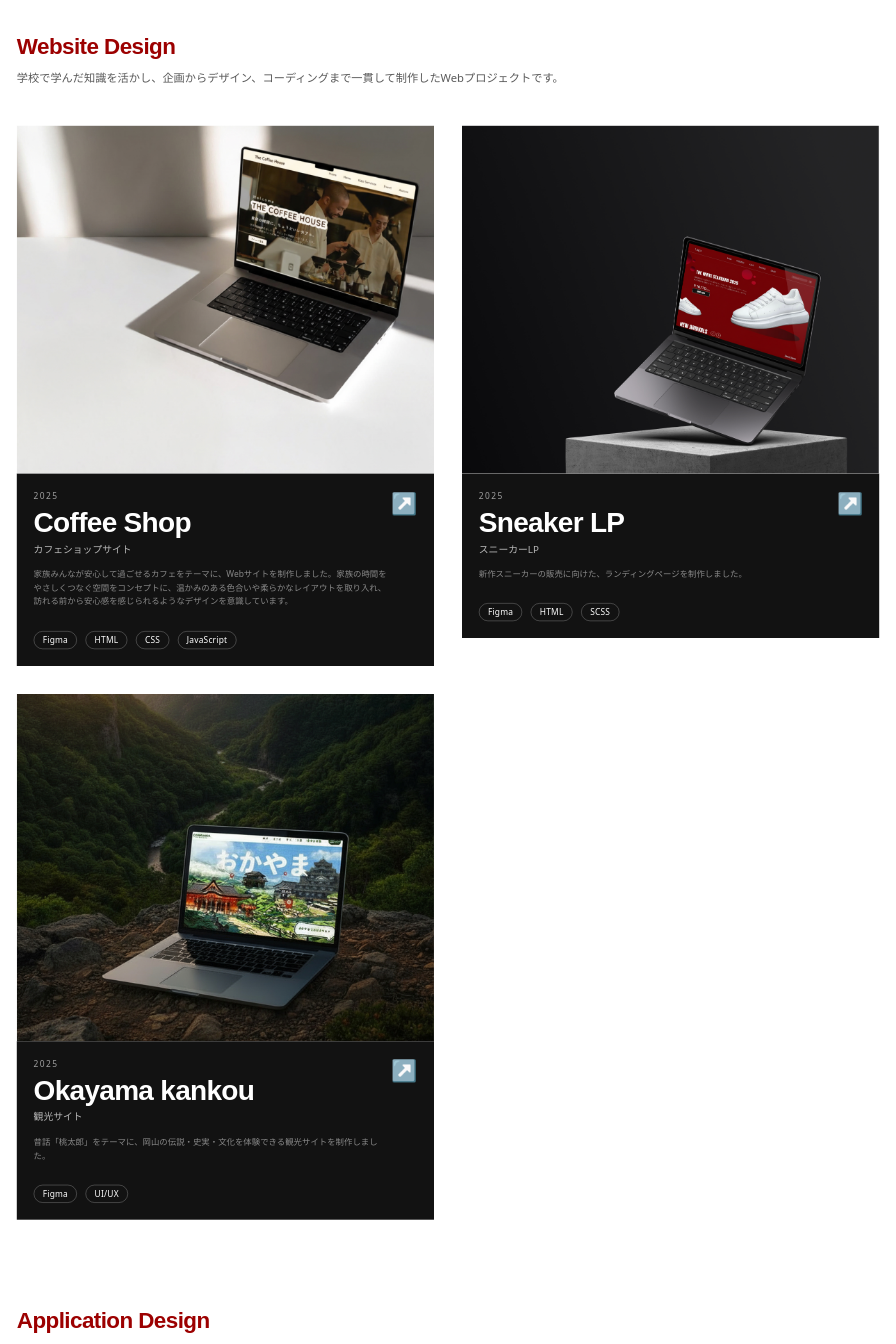
Repository: meme2603/Portfolio-HaMy
Page: / (app in my-portfolio/)
The author's editor kept a copy of each file at every save. The page is drawn from the files as they stood at one save, then again after the next save.
The browser window is 1280 px wide. The pictures show the part of the page from y = 1819 to 3739 px (the page is 6249 px tall), at 70% of full size.
Some web fonts or font styles are not loaded; a fallback is used. The project was rebuilt for these pictures with package versions that can differ from the ones it lists, and the page was loaded fresh each time. Also part of the build but not shown: my-portfolio/vite.config.js, my-portfolio/src/pages/ProjectDetail.jsx.

Above is the page before, as saved 2026-06-10 14:53:19.

### my-portfolio/index.html
<!doctype html>
<html lang="ja">
  <head>
    <meta charset="UTF-8" />

    <link rel="icon" type="image/png" href="/memex2.png" />
    <meta name="viewport" content="width=device-width, initial-scale=1.0" />
    <title>My Portfolio</title>
    <link
      rel="stylesheet"
      href="https://fonts.googleapis.com/css2?family=Material+Symbols+Outlined:opsz,wght,FILL,GRAD@24,250,0,0"
    />
    <link rel="preconnect" href="https://fonts.googleapis.com" />
    <link rel="preconnect" href="https://fonts.gstatic.com" crossorigin />
    <link
      href="https://fonts.googleapis.com/css2?family=Akshar:wght@300..700&family=Poppins:wght@300;400;600;700&display=swap"
      rel="stylesheet"
    />
  </head>
  <body>
    <div id="root"></div>

    <script type="module" src="/src/main.jsx"></script>
  </body>
</html>

### my-portfolio/src/main.jsx
import React from "react";
import ReactDOM from "react-dom/client";
import App from "./App";
import "./index.css";

ReactDOM.createRoot(document.getElementById("root")).render(
  <React.StrictMode>
    <App />
  </React.StrictMode>,
);

### my-portfolio/src/App.jsx
// import React from "react";
import { BrowserRouter as Router, Routes, Route } from "react-router-dom";

import Header from "./components/Header";
import Hero from "./components/Hero";
import About from "./components/About";
import Projects from "./components/Projects";
import Skills from "./components/Skills";
import Contact from "./components/Contact";
import ProjectDetail from "./pages/ProjectDetail";
function Home() {
  return (
    <>
      <Hero />
      <About />
      <Projects />
      <Skills />
      <Contact />
    </>
  );
}

function App() {
  return (
    <Router>
      <div className="App">
        <Header />

        {/* Routes điều hướng: Ở trang nào thì lôi component đó ra */}
        <Routes>
          {/* Khi ở đường dẫn mặc định "/", hiển thị toàn bộ trang chủ */}
          <Route path="/" element={<Home />} />

          {/* Khi click vào project, nhảy sang trang chi tiết tạm thời này */}
          <Route path="/project/:id" element={<ProjectDetail />} />
        </Routes>
      </div>
    </Router>
  );
}

export default App;

### my-portfolio/src/index.css
@import "tailwindcss";
@theme {
  --color-primary: #9c0000;
  --color-background: #fff;
  --color-font: #121212;

  --opacity-overlay: 0.65;
  --opacity-glass: 0.1;

  --font-poppins: "Poppins", sans-serif;
  --font-akshar: "Akshar", sans-serif;
}
html {
  scroll-behavior: smooth;
}

### my-portfolio/src/components/About.jsx
import aboutImg from "../assets/about.jpg";
function About() {
  return (
    <section
      id="about"
      className="relative w-full h-auto py-24 bg-background overflow-hidden mt-16"
    >
      <div className="max-w-7xl mx-auto px-6 md:px-10">
        {/* TITLE */}
        <div className="mb-16">
          <h1 className="text-5xl md:text-6xl lg:text-7xl font-bold font-akshar text-font leading-none">
            ABOUT ME
          </h1>

          <div className="w-[80px] md:w-[100px] lg:w-[120px] lg:h-[6px] md:h-[5px] h-[4px] bg-primary mt-1"></div>
        </div>

        {/* CONTENT */}
        <div className="flex flex-col lg:flex-row items-center lg:items-start gap-16">
          {/* LEFT */}
          <div className="w-full lg:w-[380px] shrink-0">
            <div className="bg-white rounded-2xl shadow-md p-5">
              <img
                src={aboutImg}
                alt="About Me"
                className="w-full  h-[300px] object-cover rounded-xl"
              />

              <div className="mt-5">
                <h2 className="text-3xl font-akshar font-bold tracking-wide text-font">
                  NGUYEN THI HA MY
                </h2>

                <p className="text-font/70 text-lg mt-1">2001.03.30</p>
              </div>

              <div className="flex gap-3 mt-6">
                <span className="border border-font rounded-full px-4 py-2 text-sm">
                  UI/UX Designer
                </span>

                <span className="border border-font rounded-full px-4 py-2 text-sm">
                  Design Engineer
                </span>
              </div>
            </div>
          </div>

          {/* RIGHT */}
          <div className="flex-1 max-w-[760px]">
            <h2 className="text-2xl md:text-3xl font-semibold font-akshar text-primary tracking-[4px] mb-8">
              PROFILE!!
            </h2>

            <div className="space-y-6 text-font leading-[2.2] text-sm md:text-base lg:text-lg">
              <p>
                ベトナム出身の
                <span className="font-semibold">
                  グエン ティ ハ ミー（ NGUYEN THI HA MY）
                </span>
                です。
              </p>

              <p>
                現在は専門学校で、
                <span className="font-semibold">デザインやコーディング </span>
                について学びながらWeb制作やフロントエンド技術の基礎を学んでおります。
              </p>

              <p>
                2021年に来日し、最初の1年間は日本語学校で日本語を学びました。
                <br />
                その後、ビジネス専門学校に進学し、日本の文化やビジネスマナー、コミュニケーション力を身につけてまいりました。
                その中で、コンピュータの授業を通して、Webデザインという職業があることを初めて知り、興味を持つようになりました。
              </p>

              <p>
                留学生として日本とベトナム両方の文化に触れてきた経験を活かし、将来はユーザーの多様な視点やニーズを理解し、最適な体験をデザインする
                <span className="font-semibold text-primary text-xl">
                  UI/UXデザイナー
                </span>
                を目指しております。
              </p>
            </div>
          </div>
        </div>
      </div>
    </section>
  );
}
export default About;

### my-portfolio/src/components/Projects.jsx
import ProjectSection from "./ProjectSection";
import { websiteProjects, appProjects } from "../data/ProjectsData";

function Projects() {
  return (
    <section id="projects" className="pt-20 bg-background">
      <div className="max-w-7xl mx-auto px-6">
        <h1 className="text-5xl md:text-6xl lg:text-7xl font-akshar font-bold text-font">
          PROJECTS
        </h1>
        <div className="w-[80px] md:w-[100px] lg:w-[120px] lg:h-[6px] md:h-[5px] h-[4px] bg-primary mt-1 mb-20"></div>
        <ProjectSection
          title="Website Design"
          description="学校で学んだ知識を活かし、企画からデザイン、コーディングまで一貫して制作したWebプロジェクトです。"
          projects={websiteProjects}
        />
        <ProjectSection
          title="Application Design"
          description="チームプロジェクトとして、企画からUI/UX設計までチームで共同制作したモバイルアプリです。"
          projects={appProjects}
        />
      </div>
    </section>
  );
}

export default Projects;

### my-portfolio/src/components/Skills.jsx
import { skillData } from "../data/ProjectsData";

function Skill() {
  return (
    <section className="w-full pt-20 pb-16">
      <div className="max-w-7xl mx-auto px-6 pb-10">
        <h2 className="text-5xl md:text-6xl lg:text-7xl font-bold font-akshar text-font leading-none">
          SKILL
        </h2>

        <div className="w-[80px] md:w-[100px] lg:w-[120px] lg:h-[6px] md:h-[5px] h-[4px] bg-primary mt-1"></div>
      </div>

      <div className="max-w-7xl mx-auto px-16 space-y-16">
        {skillData.map((group, index) => (
          <div key={index}>
            <h3 className="text-base font-medium text-font/50 mb-6 tracking-wide italic">
              {group.category}
            </h3>

            <ul className="space-y-4 pl-4">
              {group.skills.map((skill, sIndex) => (
                <li key={sIndex} className="list-disc text-font/90 text-lg">
                  <span className="font-bold text-font">{skill.name}</span>
                  <span className="text-font/80 font-light">
                    : {skill.status} {skill.desc}
                  </span>
                </li>
              ))}
            </ul>
          </div>
        ))}
      </div>
    </section>
  );
}

export default Skill;

### my-portfolio/src/components/ProjectSection.jsx
import ProjectCard from "./ProjectCard";

function ProjectSection({ title, description, projects }) {
  return (
    <section className="mb-32">
      <h2
        className="
          text-[32px]
          leading-none
          font-bold
          font-akshar
          tracking-tight
          text-primary
        "
      >
        {title}
      </h2>

      <p
        className="
          mt-4
          text-font/70
          leading-relaxed
        "
      >
        {description}
      </p>

      <div className="grid grid-cols-1 md:grid-cols-2 gap-10 mt-14">
        {projects.slice(0, 4).map((project, index) => (
          <ProjectCard
            id={project.id}
            key={index}
            year={project.year}
            title={project.title}
            titleJP={project.titleJP}
            description={project.desc}
            tags={project.tags}
            image={project.img}
          />
        ))}
      </div>
    </section>
  );
}

export default ProjectSection;

### my-portfolio/src/data/ProjectsData.js
// projectsData.js
// 1. Import ảnh ở đầu file để JS hiểu đường dẫn
import portfoliothumb from "../assets/portfoliothumb.jpg";
import coffeethumb from "../assets/coffeethumb.jpg";
import sneakerthumb from "../assets/sneakerthumb.jpg";
import okayamathumb from "../assets/okayamathumb.jpg";
import nemurathumb from "../assets/nemurathumb.jpg";
import easycookthumb from "../assets/easycookthumb.jpg";
import coffeemockupHero from "../assets/coffeemockupHero.jpg";
import coffeemockupIntro from "../assets/coffeemockupIntro.png";
import coffeemockupConcept from "../assets/coffeemockupConcept.jpg";
import coffeemockupPC from "../assets/coffeemockupPc.jpg";
import coffeemockupMobile from "../assets/coffeemockupMobile.jpg";
import sneakermockupHero from "../assets/sneakermockupHero.jpg";
import sneakermockupIntro from "../assets/sneakermockupIntro.png";
import sneakermockupConcept from "../assets/sneakermockupConcept.jpg";
import okayamamockupHero from "../assets/okayamamockupHero.jpg";
import okayamamockupIntro from "../assets/okayamamockupIntro.png";
import okayamamockupConcept from "../assets/okayamamockupConcept.jpg";
import okayamamockupPC from "../assets/okayamamockupPC.jpg";
import okayamamockupMobile from "../assets/okayamamockupMobile.jpg";
import nemuramockupHero from "../assets/nemuramockupHero.jpg";
import nemuramockupMobile from "../assets/nemuramockupMobile.jpg";
import easycookmockupHero from "../assets/easycookmockupHero.jpg";
import easycookmockupMobile from "../assets/easycookmockupMobile.jpg";
import portfoliomockupHero from "../assets/portfoliomockupHero.jpg";
import portfoliomockupConcept from "../assets/portfoliomockupConcept.jpg";

export const websiteProjects = [
  {
    id: "coffee-shop",
    year: "2025",
    title: "Coffee Shop",
    name: "THE COFFEE HOUSE",
    titleJP: "カフェショップサイト",
    desc: "家族みんなが安心して過ごせるカフェをテーマに、Webサイトを制作しました。家族の時間をやさしくつなぐ空間をコンセプトに、温かみのある色合いや柔らかなレイアウトを取り入れ、訪れる前から安心感を感じられるようなデザインを意識しています。",
    tags: ["Figma", "HTML", "CSS", "JavaScript"],
    img: coffeethumb,

    // page detail
    mockupHero: coffeemockupHero,
    mockupIntro: coffeemockupIntro,
    mockupConcept: coffeemockupConcept,
    mockupPC: coffeemockupPC,
    mockupMobile: coffeemockupMobile,

    target: "子供連れの20代〜40代のファミリー層",
    objective: "店舗の温かみのある雰囲気をWEB上で表現し...",
    problem: "既存のカフェサイトはスタイリッシュすぎて...",
    designConcept: "温かみのあるベージュ（#FAF7F2）と...",
    ia: "ユーザーが最も知りたい『メニュー』...",
    scope: "UI/UX Designer / Frontend Developer",
    period: "企画・WF：3日\nデザイン：5日",
    tools: "Figma / HTML / CSS / JavaScript",
    URL: "https://coffeeshop.example.com",
  },

  {
    id: "sneaker-lp",
    year: "2025",
    title: "Sneaker LP",
    name: "SNEAKER RUNNER", // 👈 FIX 1: Bổ sung name cho sneaker
    titleJP: "スニーカーLP",
    desc: "新作スニーカーの販売に向けた、ランディングページを制作しました。",
    tags: ["Figma", "HTML", "SCSS"],
    img: sneakerthumb,

    // page detail
    mockupHero: sneakermockupHero,
    mockupIntro: sneakermockupIntro,
    mockupConcept: sneakermockupConcept,

    target: "10代〜30代のスニーカーコレクター・ストリートファッション好き",
    objective:
      "新作スニーカーの魅力をダイナミックに伝え、購買意欲を刺激する...",
    problem:
      "従来の商品LPは情報量が多く、製品のスタイリッシュさが埋もれがち...",
    designConcept: "ダイナミックなタイポグラフィとコントラストの強い配色...",
    ia: "Hero / Concept / Features / Gallery / Buy Now",
    scope: "UI/UX Design / Coding",
    period: "1週間",
    tools: "Figma / HTML / SCSS / JavaScript",
    URL: "https://sneakerlp.example.com",
  },
  {
    id: "okayama-kankou",
    year: "2025",
    title: "Okayama kankou",
    name: "MOMOTARO LEGEND", // 👈 FIX 1: Bổ sung name cho okayama
    titleJP: "観光サイト",
    desc: "昔話「桃太郎」をテーマに、岡山の伝説・史実・文化を体験できる観光サイトを制作しました。",
    tags: ["Figma", "UI/UX"],
    img: okayamathumb,

    // page detail
    mockupHero: okayamamockupHero,
    mockupIntro: okayamamockupIntro,
    mockupConcept: okayamamockupConcept,
    mockupPC: okayamamockupPC,
    mockupMobile: okayamamockupMobile,

    target: "歴史や文化に興味がある国内の旅行者・ファミリー層",
    objective: "岡山の伝統的な魅力と桃太郎の史実を新しい切り口で伝える...",
    problem:
      "一般的な観光パンフレット的な情報ばかりで、現地のストーリー性が伝わりにくい...",
    designConcept: "和モダンを意識した、落ち着きのあるテクスチャと色彩設計...",
    ia: "トップ / 伝説の背景 / おすすめスポット / アクセス",
    scope: "UI/UX Design / Information Architecture",
    period: "企画・WF：3日\nデザイン：5日",
    tools: "Figma / Illustrator",
    URL: "https://okayama.example.com",
  },
];

export const portfolioProjects = [
  {
    id: "portfolio",
    year: "2026",
    title: "Portfolio.",
    name: "MINI PORTFOLIO", // 👈 FIX 1: Bổ sung name cho portfolio khum bị trống
    titleJP: "ポートフォリオ",
    desc: "就職活動のために制作したポートフォリオサイトです。",
    tags: ["Figma", "React", "Tailwind"],
    img: portfoliothumb,

    // page detail
    mockupHero: portfoliomockupHero,
    mockupConcept: portfoliomockupConcept,

    client: "自主制作（就職活動用）",
    target: "Web制作会社・デザイン企業の採用担当者様",
    objective: "自身のスキル thấu đáo và tư duy thiết kế rõ ràng...",
    problem: "作品単体を見せるだけでは制作の背景や意図が伝わりにくい...",
    designConcept:
      "シンプルかつ視認性の高いダークモードとライトモードの融合...",
    ia: "Home / Project Detail / About / Contact",
    scope: "UI/UX Design / Front-end Development (React)",
    period: "デザイン：3日\nコンディング：5日",
    tools: "Figma / React / Tailwind CSS / Vite",
    URL: "https://portfolio.example.com",
  },
];

export const appProjects = [
  {
    id: "easy-cook",
    year: "2025",
    title: "EASY COOK APP",
    name: "EASY COOK", // 👈 FIX 1: Bổ sung name cho easy cook
    titleJP: "お弁当を提案するアプリ",
    desc: "家にある食材を活用し、親子で楽しくお弁当作りができるアプリです。",
    tags: ["React Native", "Firebase"],
    img: easycookthumb,

    // page detail
    mockupHero: easycookmockupHero,
    mockupMobile: easycookmockupMobile,

    client: "自主制作（モバイルアプリケーション設計）",
    target: "毎日の子供のお弁当作りに悩む、忙しい共働きの親御さん",
    objective:
      "冷蔵庫の残り物で手軽に作れるレシピを提案し、お弁当作りの負担を軽減する...",
    problem: "献立を考える時間が足りず、いつも同じメニューになってしまう...",
    designConcept:
      "親しみやすさと使いやすさを両立した、暖色系主体のUIデザイン...",
    ia: "ホーム / レシピ検索 / お気に入り / 親子モード",
    scope: "UI/UX Design / Mobile Prototype",
    period: "約1.5ヶ月（チーム制作）",
    tools: "Figma / React Native (UI Prototyping)",
    URL: "",
  },
  {
    id: "nemura-app",
    year: "2025-2026",
    title: "Nemura APP",
    name: "NEMURA AI NEWS", // 👈 FIX 1: Bổ sung name cho nemura
    titleJP: "一日寝落ち系AIニュースキュレーションアプリです。",
    desc: "本作は、SNSやニュースの情報をAIで要約し、 マスコットキャラクター「ねむら」が読み聞かせる形式で提供する。夜の短い時間で必要な内容だけを無理なく確認できるよう設計しました。",
    tags: ["React Native", "Firebase"],
    img: nemurathumb,

    // page detail
    mockupHero: nemuramockupHero,
    mockupMobile: nemuramockupMobile,

    client: "チーム制作（ECC EXPO 2026 一次審査通過作品）",
    target:
      "夜寝る前にスマホを見すぎて睡眠不足になりがちな現代のビジネスパーソン・学生",
    objective:
      "画面を見ずに耳だけで今日の重要ニュースを効率よく消化できる体験...",
    problem:
      "夜のスマホ画面のブルーライトが睡眠の質を下げ、不要な情報まで追ってしまう...",
    designConcept:
      "睡眠を妨げない、深い夜をイメージしたダークブルーとパープルの世界観...",
    ia: "音声再生画面 / ニュースカテゴリ選択 / キャラクター設定",
    scope: "UI/UX Design (Lead) / Brand Identity",
    period: "約1.5ヶ月（チーム制作）",
    tools: "Figma / Illustrator / After Effects",
    URL: "",
  },
];

// skillsData.js (Giữ nguyên phần skill ở dưới của bà)
export const skillData = [
  {
    category: "Design tool",
    skills: [
      {
        name: "Figma",
        desc: "Figmaを活用したUIデザインやデザインシステム設計を得意としています。",
      },
      {
        name: "UI/UX",
        desc: "情報設計やユーザビリティを意識したUIデザイン制作を得意としています。",
      },
    ],
  },
  {
    category: "Development",
    skills: [
      {
        name: "HTML/CSS/Tailwind",
        desc: "レスポンシブ対応やUI実装を中心に、使いやすいWebサイト制作に取り組んでいます。",
      },
      {
        name: "JavaScript/React",
        desc: "コンポーネントベースの開発や、状態管理、、動きのあるUI表現について学習しています。",
      },
    ],
  },
];

### my-portfolio/src/components/ProjectCard.jsx
import { Link } from "react-router-dom";

// ProjectCard = component dùng để hiển thị 1 project card
function ProjectCard({ id, year, title, titleJP, description, tags, image }) {
  return (
    <Link to={`/project/${id}`} className="block group">
      <div className="group cursor-pointer ">
        <div className="overflow-hidden bg-font">
          <img
            src={image}
            alt={title}
            className="
            w-full
            object-cover
            transition-all
            duration-500
            group-hover:scale-105
            group-hover:opacity-90
          "
          />
        </div>

        {/* INFO */}
        <div className="bg-font text-background px-6 py-6 ">
          <div className="flex items-start justify-between">
            <div>
              {/* ĐIỀN NĂM VÀO ĐÂY */}
              <p className="text-[12px] tracking-[2px] text-background/60 ">
                {year}
              </p>

              {/* ĐIỀN TIÊU ĐỀ VÀO ĐÂY */}
              <h3
                className="
                text-[40px]
                leading-none
                font-bold
                font-akshar
                tracking-tight
                mt-2
              "
              >
                {title}
              </h3>

              {/* ĐIỀN TIẾNG NHẬT VÀO ĐÂY */}
              <p className="text-sm text-background/70 mt-2">{titleJP}</p>

              {/* ĐIỀN MÔ TẢ VÀO ĐÂY */}
              <p className="text-xs text-background/50 leading-relaxed mt-4">
                {description}
              </p>
            </div>

            <div
              className="
              text-3xl
              transition-transform
              duration-300
              group-hover:translate-x-1
              group-hover:-translate-y-1
            "
            >
              ↗
            </div>
          </div>

          {/* BOTTOM - CHỖ NÀY ĐỂ HIỆN TAGS TỰ ĐỘNG NÈ */}
          <div className="mt-8 flex items-center gap-3 flex-wrap">
            {tags &&
              tags.map((tag, index) => (
                <span
                  key={index}
                  className="
                border
                border-background/30
                rounded-full
                px-3
                py-1
                text-xs
                tracking-wide
              "
                >
                  {tag}
                </span>
              ))}
          </div>
        </div>
      </div>
    </Link>
  );
}

export default ProjectCard;

Loaded but not shown: my-portfolio/src/components/Hero.jsx (128 lines, source omitted); my-portfolio/src/components/Contact.jsx (140 lines, source omitted); my-portfolio/src/components/Header.jsx (102 lines, source omitted)

After the next save:
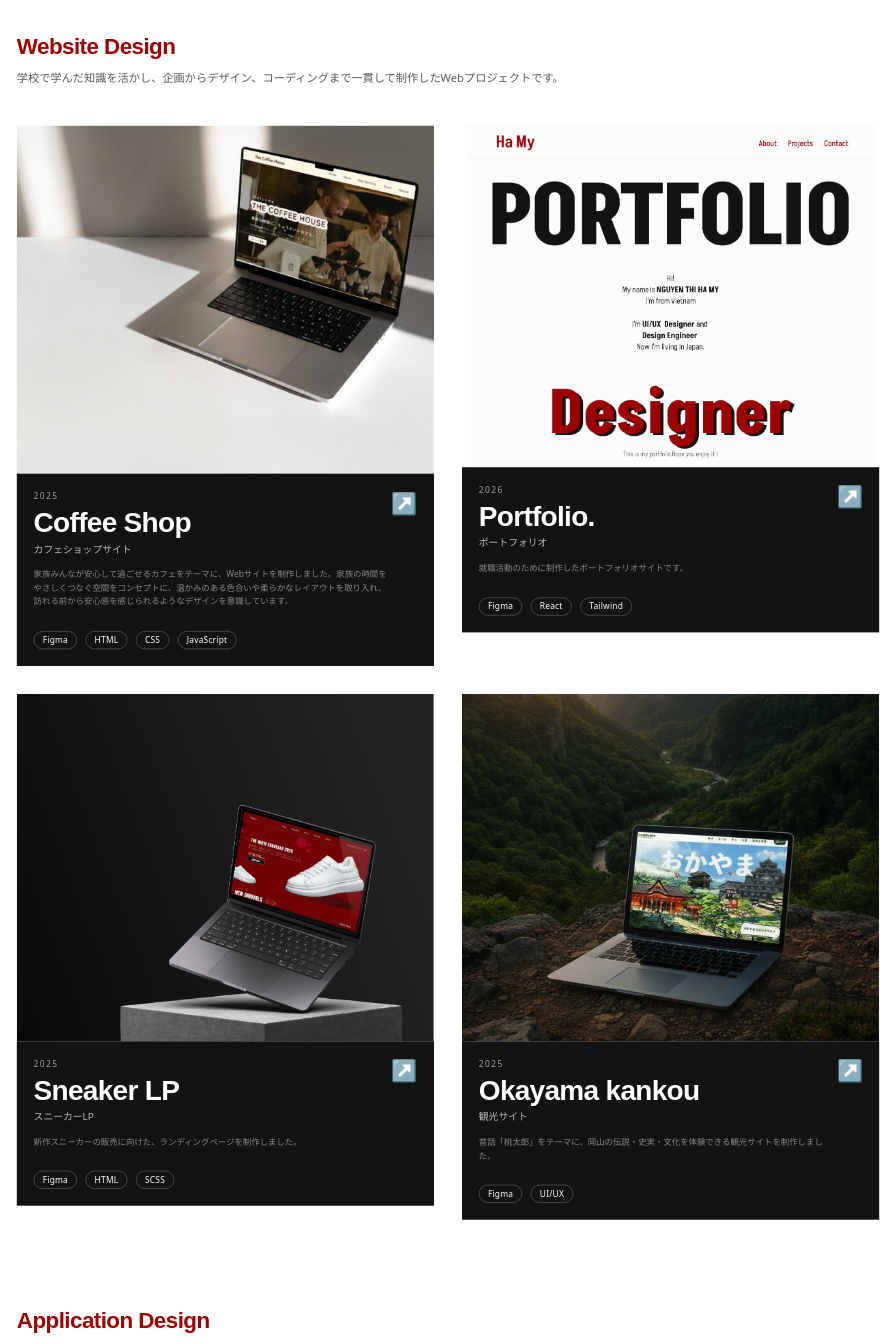
Saved 9 h 57 min later.
--- a/my-portfolio/src/data/ProjectsData.js
+++ b/my-portfolio/src/data/ProjectsData.js
@@ -54,7 +54,32 @@ export const websiteProjects = [
     tools: "Figma / HTML / CSS / JavaScript",
     URL: "https://coffeeshop.example.com",
   },
-
+  {
+    id: "portfolio",
+    year: "2026",
+    title: "Portfolio.",
+    name: "MINI PORTFOLIO", // 👈 FIX 1: Bổ sung name cho portfolio khum bị trống
+    titleJP: "ポートフォリオ",
+    desc: "就職活動のために制作したポートフォリオサイトです。",
+    tags: ["Figma", "React", "Tailwind"],
+    img: portfoliothumb,
+
+    // page detail
+    mockupHero: portfoliomockupHero,
+    mockupConcept: portfoliomockupConcept,
+
+    client: "自主制作（就職活動用）",
+    target: "Web制作会社・デザイン企業の採用担当者様",
+    objective: "自身のスキル thấu đáo và tư duy thiết kế rõ ràng...",
+    problem: "作品単体を見せるだけでは制作の背景や意図が伝わりにくい...",
+    designConcept:
+      "シンプルかつ視認性の高いダークモードとライトモードの融合...",
+    ia: "Home / Project Detail / About / Contact",
+    scope: "UI/UX Design / Front-end Development (React)",
+    period: "デザイン：3日\nコンディング：5日",
+    tools: "Figma / React / Tailwind CSS / Vite",
+    URL: "https://portfolio.example.com",
+  },
   {
     id: "sneaker-lp",
     year: "2025",
@@ -109,35 +134,6 @@ export const websiteProjects = [
     period: "企画・WF：3日\nデザイン：5日",
     tools: "Figma / Illustrator",
     URL: "https://okayama.example.com",
-  },
-];
-
-export const portfolioProjects = [
-  {
-    id: "portfolio",
-    year: "2026",
-    title: "Portfolio.",
-    name: "MINI PORTFOLIO", // 👈 FIX 1: Bổ sung name cho portfolio khum bị trống
-    titleJP: "ポートフォリオ",
-    desc: "就職活動のために制作したポートフォリオサイトです。",
-    tags: ["Figma", "React", "Tailwind"],
-    img: portfoliothumb,
-
-    // page detail
-    mockupHero: portfoliomockupHero,
-    mockupConcept: portfoliomockupConcept,
-
-    client: "自主制作（就職活動用）",
-    target: "Web制作会社・デザイン企業の採用担当者様",
-    objective: "自身のスキル thấu đáo và tư duy thiết kế rõ ràng...",
-    problem: "作品単体を見せるだけでは制作の背景や意図が伝わりにくい...",
-    designConcept:
-      "シンプルかつ視認性の高いダークモードとライトモードの融合...",
-    ia: "Home / Project Detail / About / Contact",
-    scope: "UI/UX Design / Front-end Development (React)",
-    period: "デザイン：3日\nコンディング：5日",
-    tools: "Figma / React / Tailwind CSS / Vite",
-    URL: "https://portfolio.example.com",
   },
 ];
 
